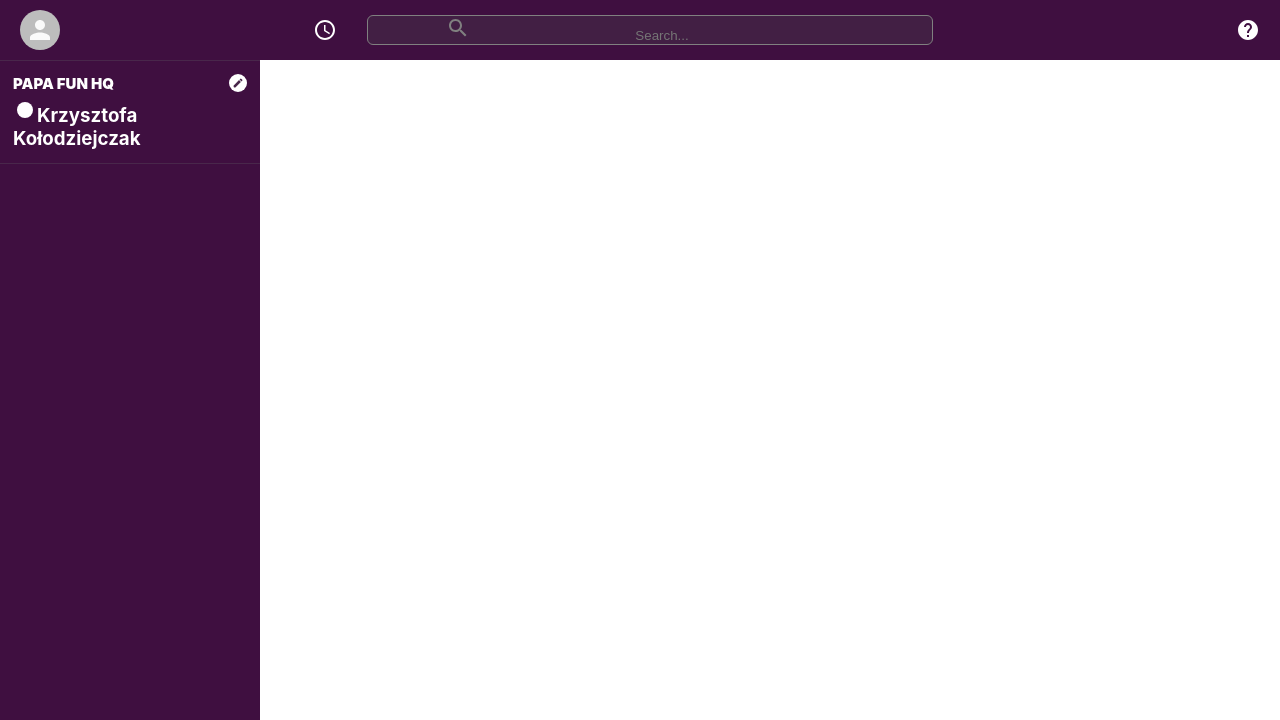
Repository: KrzysKolo/slackClone
Page: /
An editor plug-in stored every save of this project. The page is shown before and after the next save, followed by the edit.
The browser window is 1280 px wide. The pictures show the whole page.
The project was rebuilt for these pictures with package versions that can differ from the ones it lists, and the page was loaded fresh each time. Also part of the build but not shown: src/App.css, src/pages/About/About.js.

Above is the page before, as saved 2021-12-27 14:45:31.

After the next save:
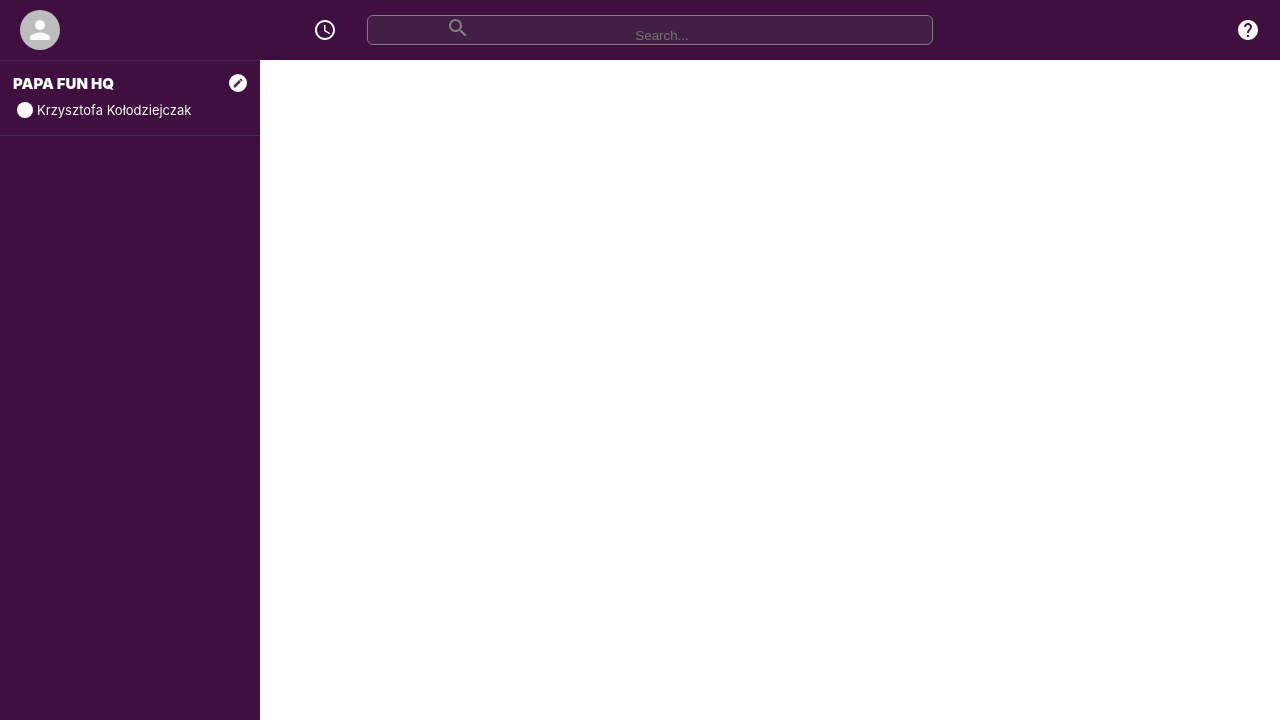
Saved 110 s later.
--- a/src/components/Sidebar/style.js
+++ b/src/components/Sidebar/style.js
@@ -29,4 +29,10 @@ export const SidebarInfo = styled.div`
   font-weight: 900;
   margin-bottom: 5px;
   }
+  > h3 {
+    display: flex;
+    font-size: 13px;
+    font-weight: 400;
+    align-items: center;
+  }
 `;
